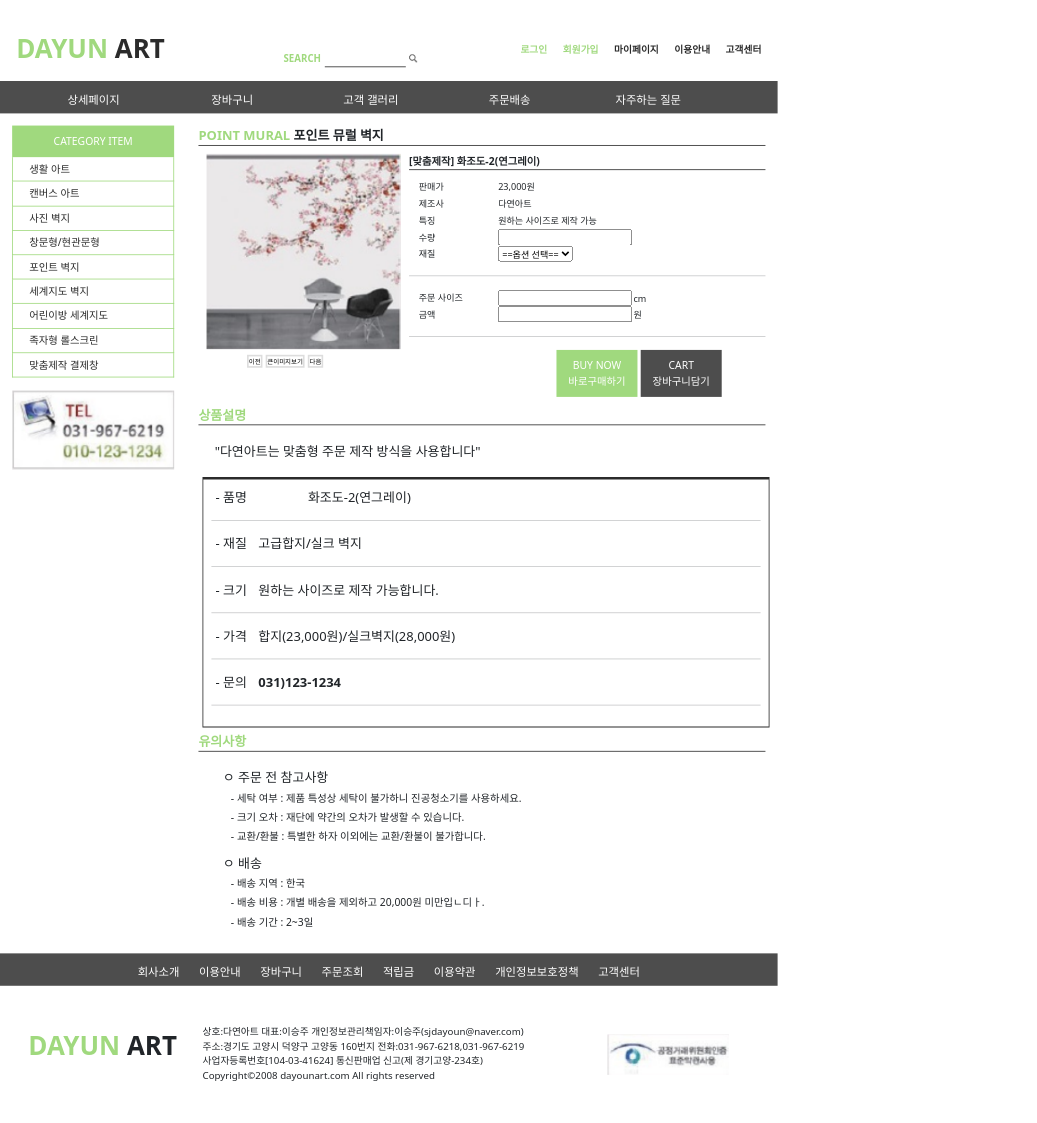
Repository: yeonddu/green_js
Page: pro01/public/bootstrap/product.html
An editor plug-in stored every save of this project. The page is shown before and after the next save, followed by the edit.
The browser window is 1280 px wide. The pictures show the whole page, at 81% of full size.

Above is the page before, as saved 2022-12-27 07:51:20.

After the next save:
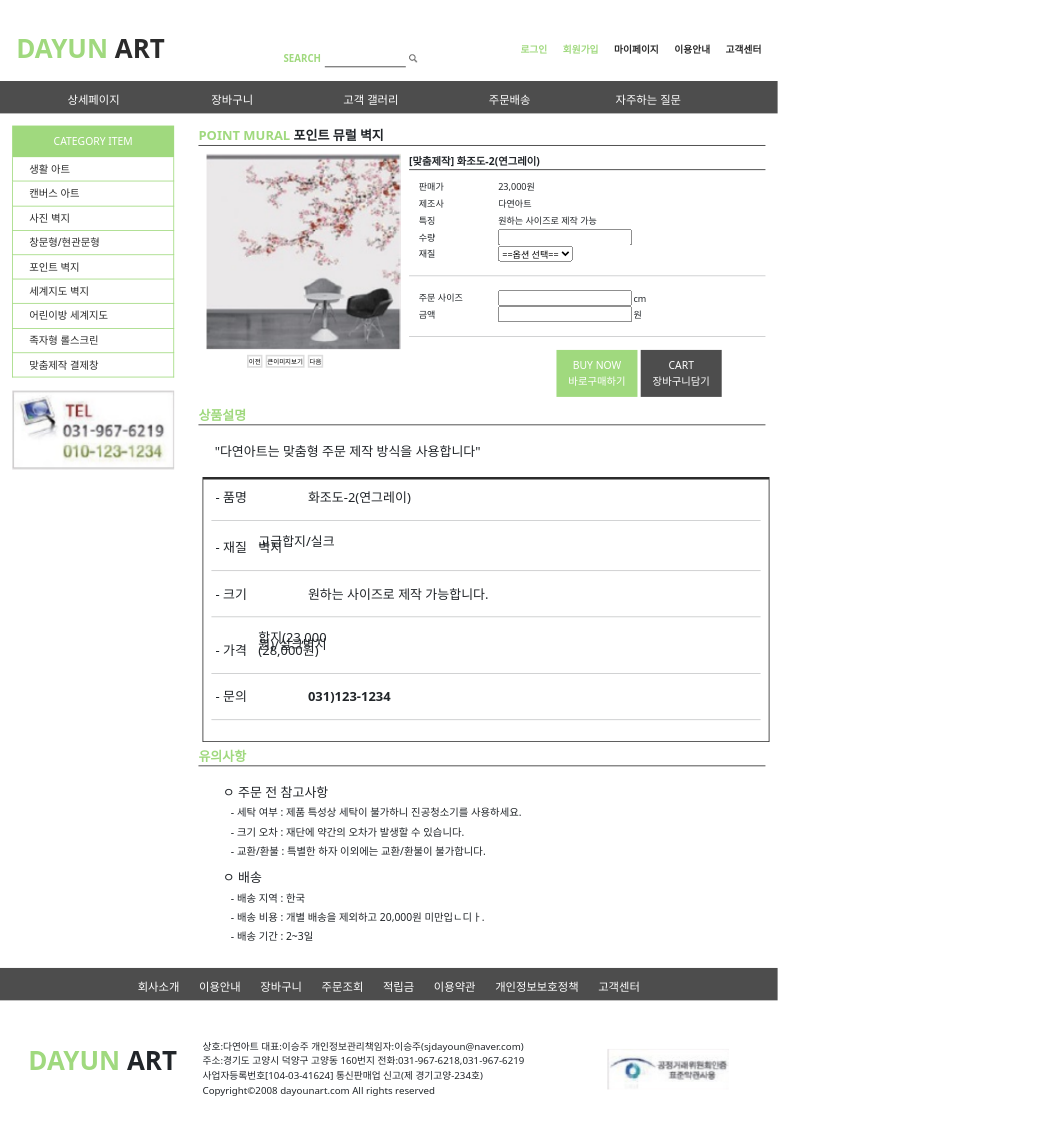
Saved 14 s later.
--- a/pro01/public/bootstrap/product.css
+++ b/pro01/public/bootstrap/product.css
@@ -142,7 +142,7 @@ section .product-title {
 	margin:5px;
 	line-height:0.5;
 }
-#box2 #box2-content p:first-child {
+#box2 #box2-content p:nth-child(2n+1) {
 	width:100px;
 }
 
